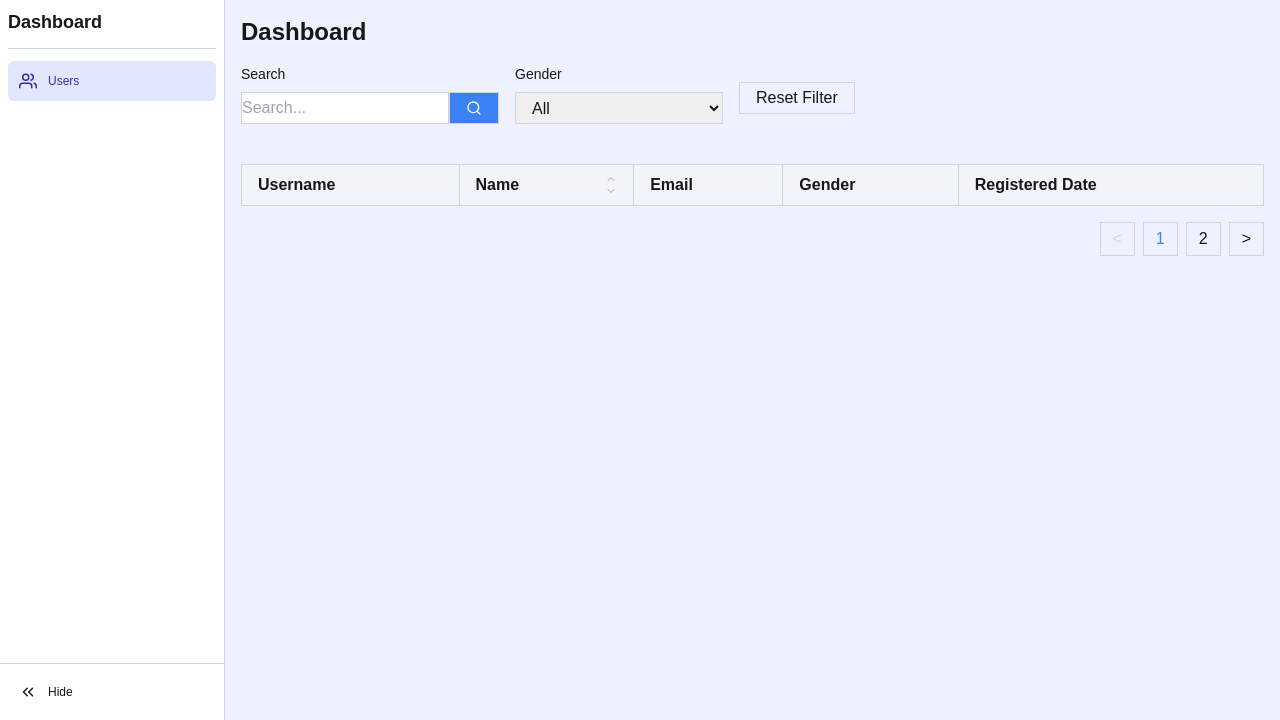
Repository: Ademaulana100499/userdashboard
Page: /
An editor plug-in stored every save of this project. The page is shown before and after the next save, followed by the edit.
The browser window is 1280 px wide. The pictures show the whole page.
The page's requests for data from a server got no answer. The project was rebuilt for these pictures with package versions that can differ from the ones it lists, and the page was loaded fresh each time. The framework's server and built-in components were replaced by stand-ins that run in the browser. No one was signed in, and anything a server would have sent is missing. Also part of the build but not shown: next.config.mjs.

Above is the page before, as saved 2025-02-14 22:41:32.

After the next save:
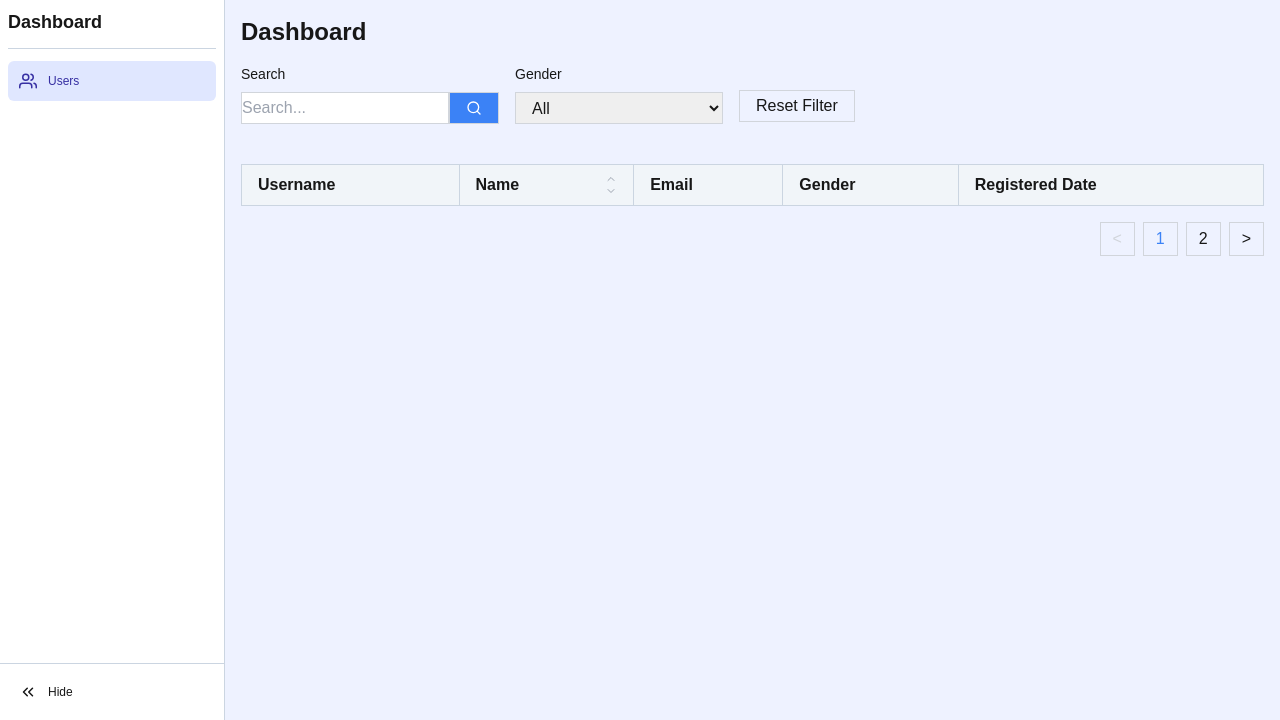
Saved 16 s later.
--- a/src/components/DashboardContent.jsx
+++ b/src/components/DashboardContent.jsx
@@ -72,7 +72,7 @@ const DashboardContent = () => {
             <option value="female">Female</option>
           </select>
         </div>
-        <div className="flex flex-col justify-between gap-5">
+        <div className="flex flex-col justify-between mt-4 gap-5">
           <button
             type="button"
             onClick={handleResetFilter}
